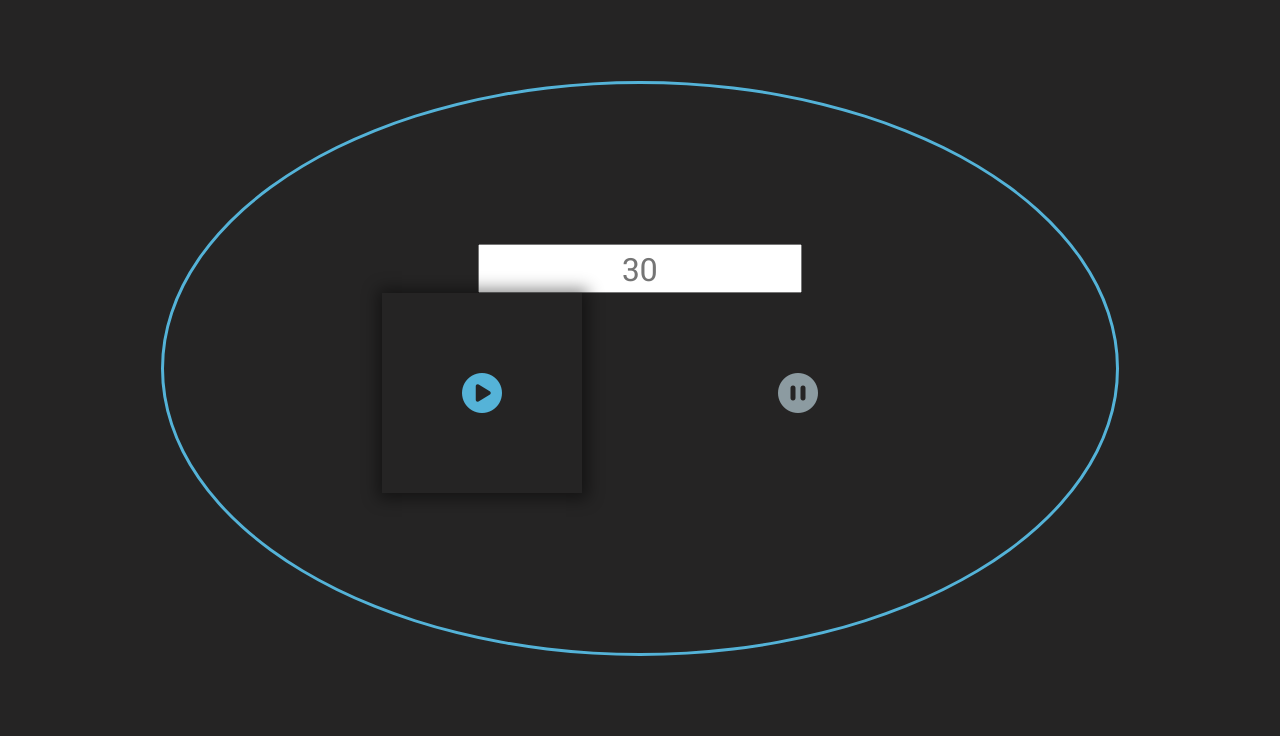
Repository: Sbethm/javascript-challenges
Page: index.html
These files come from the project's save history. The page is drawn as it stood at one moment and after a run of saves; the edit follows.
The browser window is 1280 px wide. The pictures show the whole page.
Some web libraries are served in a nearby version. The style sheet was rebuilt from its Sass, Less or Tailwind sources for each picture, by a compiler version that may differ from the author's.

Above is the page before, as saved 2021-09-17 09:49:22.

After the next 7 saves:
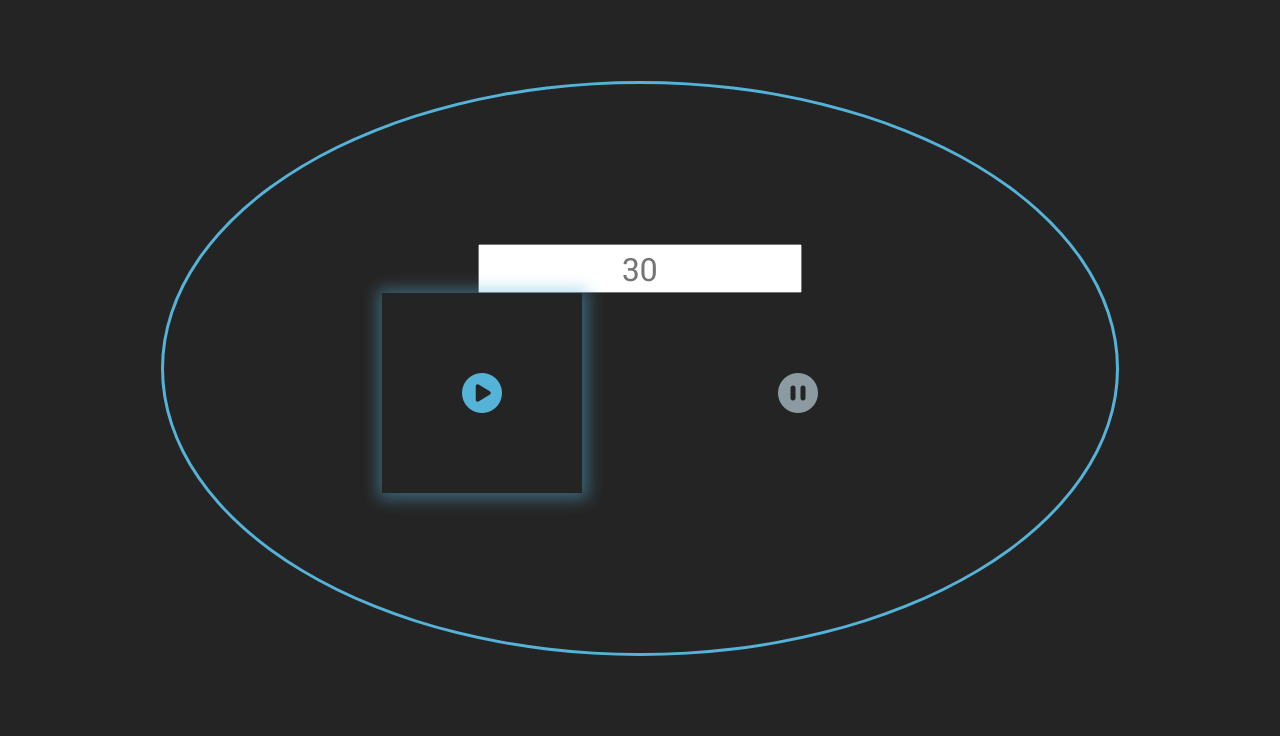
The 7 saves are shown as one change because 3 did not build or start and some came seconds apart.
The last was saved 36 s later.
--- a/SCSS/main.scss
+++ b/SCSS/main.scss
@@ -50,9 +50,9 @@ i {
 
 .active {
     color: $activeColor;
-    box-shadow: 1px 1px 15px 5px rgba(0,0,0,0.46);
+    box-shadow: 1px 1px 15px 5px rgba(85,179,216,0.46);
 }
-
+// rgb(85, 179, 216)
 .inactive {
     color: $inactiveColor;
     box-shadow: none;
